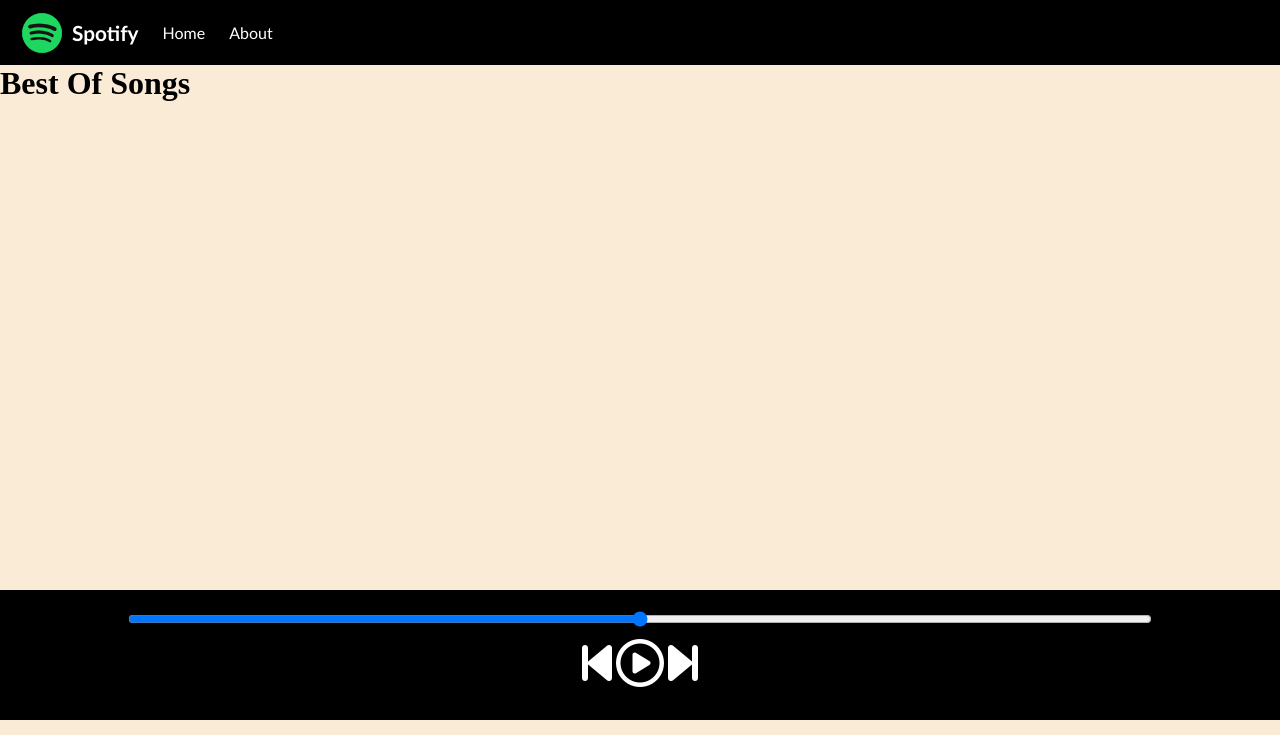
Repository: Chiranshukapil/Spotify-Project
Page: index.html
An editor plug-in stored every save of this project. The page is shown before and after a run of saves, followed by the edit.
The browser window is 1280 px wide. The pictures show the whole page.
Some web libraries are served in a nearby version.

Above is the page before, as saved 2024-06-17 20:40:57.

### index.html
<!DOCTYPE html>
<html lang="en">
<head>
    <meta charset="UTF-8">
    <meta name="viewport" content="width=device-width, initial-scale=1.0">
    <title>Spotify</title>
    <link rel="stylesheet" href="style.css">
</head>
<body>
    <nav>
        <ul>
            <li class="brand" ><img src="Files/logo.png" alt="spotify">Spotify</li>
            <li>Home</li>
            <li>About</li>
        </ul>
    </nav>

    <div class="container">
       <div class="songlist">
        <h1>Best Of Songs</h1>
       </div>
    </div>
    <div class="bottom">
        <input type="range" name="range" id="myprogressbar" min="0" max="100">
        <div class="icons">
            <i class="fa-solid fa-3x fa-backward-step"></i>
            <i class="far fa-3x  fa-circle-play"></i>
            <i class="fa-solid fa-3x fa-forward-step"></i>
        </div>
    </div>

    <script src="https://kit.fontawesome.com/d4c1d0ed5a.js" crossorigin="anonymous"></script>
    <script src="script.js"></script>
</body>
</html>

### style.css
*{
    margin: 0;
    padding: 0;
}

html,body{
    /* height: 100%; */
    background-color:antiquewhite;
}

nav{
    /* height: 6.5%; */
    font-family: 'Gill Sans', 'Gill Sans MT', Calibri, 'Trebuchet MS', sans-serif;

}
nav ul{
    display: flex;
    align-items: center;
    list-style-type: none;
    background-color: black;
    height: 65px;
    color: white;
}

nav ul li{
    padding: 0 12px;
}

.brand img{
    height: 44px;
    padding: 8px;
}

.brand{
    display: flex;
    align-items: center;
    font-weight: bolder;
    font-size: 1.3rem;
}

.container{
    min-height: 75vh;
}

.bottom{
    position: sticky;
    background-color: black;
    height: 130px;
    color: white;
    bottom: 0;
    display: flex;
    justify-content: center;
    align-items: center;
    flex-direction: column;

}

.icons{
    margin: 12px 0;
}

#myprogressbar{
    width: 80vw;
}

Loaded but not shown: script.js (no copy from this time; the picture is the same without it)

After the next 3 saves:
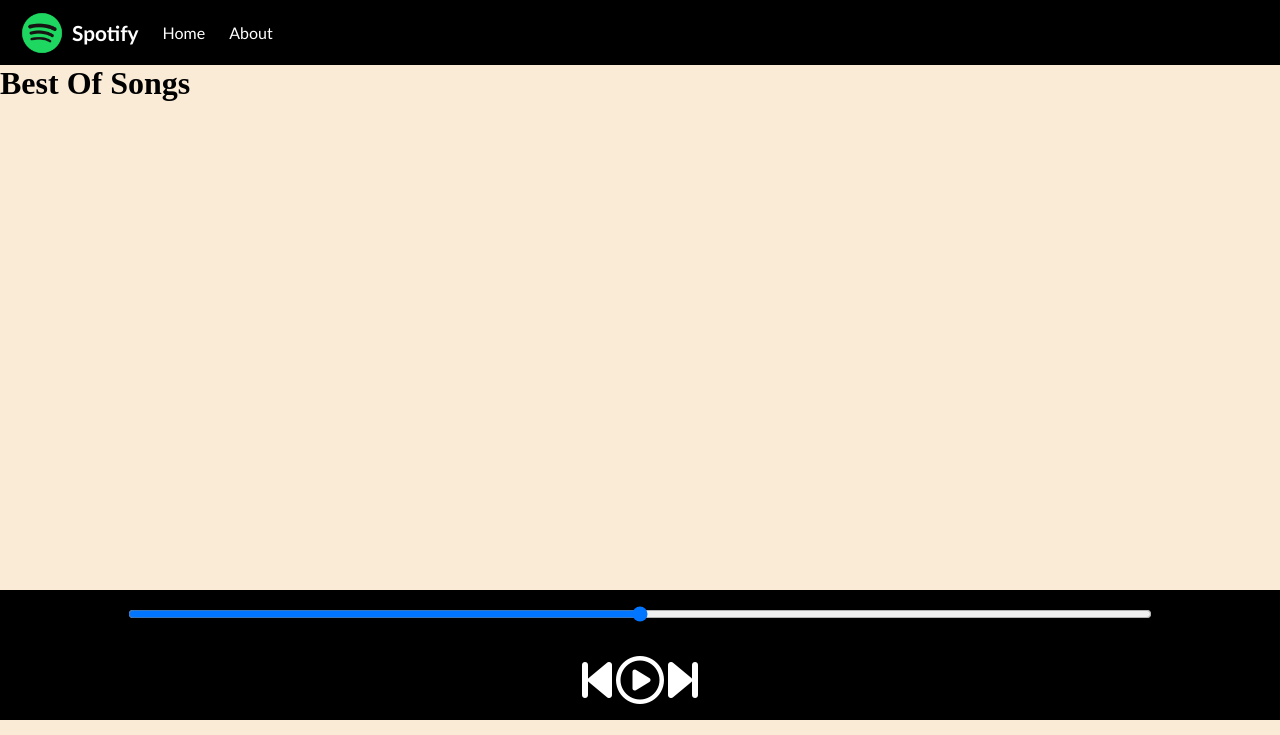
The 3 saves are shown as one change because they came seconds apart.
The last was saved 17 s later.
--- a/style.css
+++ b/style.css
@@ -56,7 +56,7 @@
 }
 
 .icons{
-    margin: 12px 0;
+    margin-top: 34px;
 }
 
 #myprogressbar{
